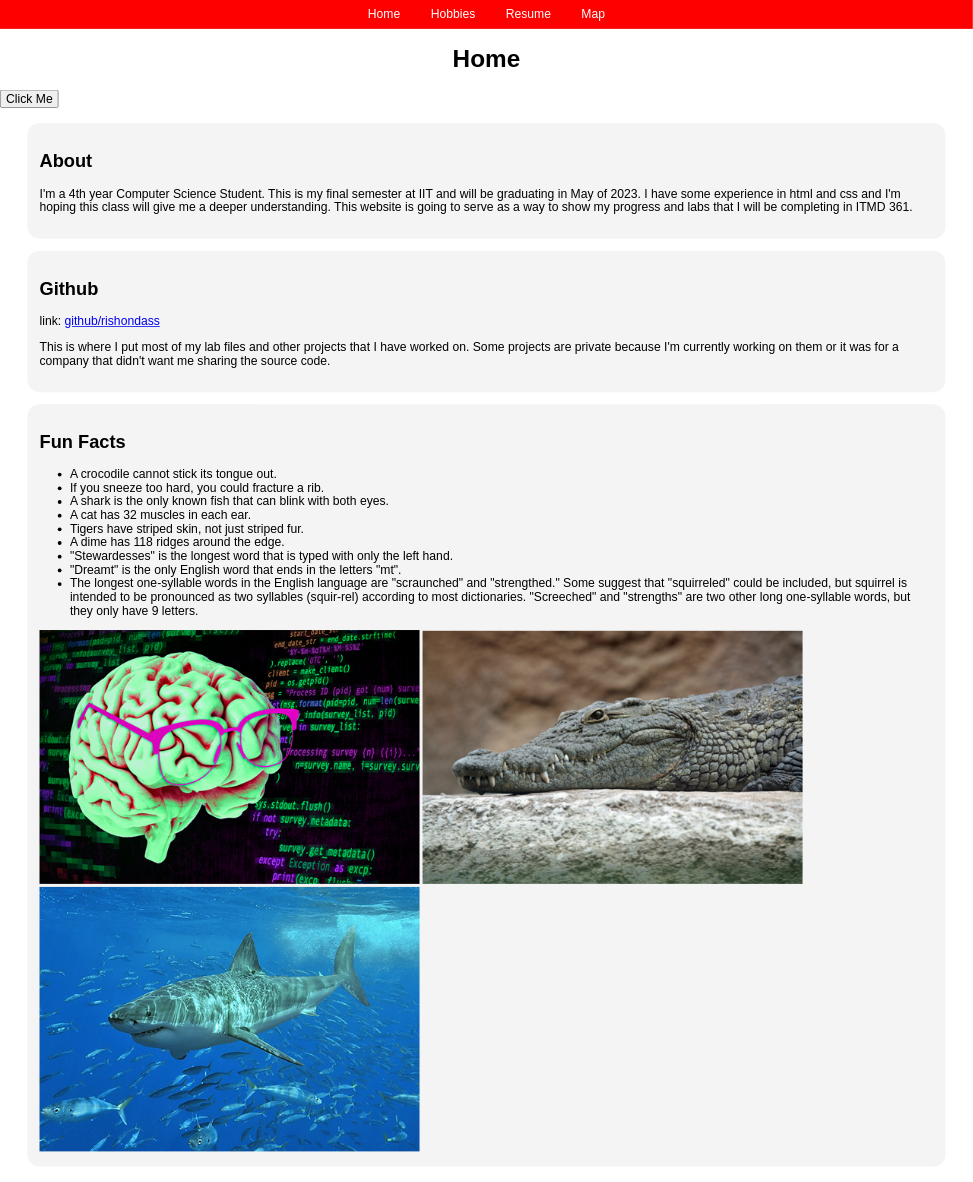
Repository: rishondass/ITMD361-Project3
Page: index.html
These files come from the project's save history. The page is drawn as it stood at one moment and after a run of saves; the edit follows.
The browser window is 1280 px wide. The pictures show the whole page, at 76% of full size.

Above is the page before, as saved 2023-04-28 18:01:06.

### index.html
<!DOCTYPE html>
<html lang="en">
<head>
  <meta charset="UTF-8">
  <meta name="viewport" content="width=device-width, initial-scale=1.0">
  <link rel="stylesheet" href="css/normalize.css">
  <link rel="stylesheet" href="css/style.css">
  <title>Home</title>
</head>
<body>
  <nav id="main-nav">
    <ul>
      <li>
        <a href="index.html">Home</a>
      </li>
      <li>
        <a href="hobbies.html">Hobbies</a>
      </li>
      <li>
        <a href="resume.html">Resume</a>
      </li>
      <li>
        <a href="map.html">Map</a>
      </li>
    </ul>
  </nav>
  <div id="hero-section">
    <h1 id="title">
      Home
    </h1>
    <button id="secretbutton">Click Me</button>
  </div>
  <div id="main-container">
    <div id="about-section">
      <h2>
        About
      </h2>
      <p>
        I'm a 4th year Computer Science Student. This is my final semester at IIT and will be graduating in May of 2023. I have some experience in html and css and I'm hoping this class will give me a deeper understanding. This website is going to serve as a way to show my progress and labs that I will be completing in ITMD 361.
      </p>
    </div>
    <div id="github-section">
      <h2>
        Github
      </h2>
      <p>
        link: <a target="_blank" href="https://www.github.com/rishondass">github/rishondass</a>
      </p>
      <p>
        This is where I put most of my lab files and other projects that I have worked on. Some projects are private because I'm currently working on them or it was for a company that didn't want me sharing the source code.
      </p>
    </div>
    <div id="funfactions-section">
      <h2>
        Fun Facts
      </h2>
      <ul>
        <li>
          A crocodile cannot stick its tongue out.
        </li>
        <li>
          If you sneeze too hard, you could fracture a rib.
        </li>
        <li>
          A shark is the only known fish that can blink with both eyes.
        </li>
        <li>
          A cat has 32 muscles in each ear.
        </li>
        <li>
          Tigers have striped skin, not just striped fur.
        </li>
        <li>
          A dime has 118 ridges around the edge.
        </li>
        <li>
          "Stewardesses" is the longest word that is typed with only the left hand.
        </li>
        <li>
          "Dreamt" is the only English word that ends in the letters "mt".
        </li>
        <li>
          The longest one-syllable words in the English language are "scraunched" and "strengthed." Some suggest that "squirreled" could be included, but squirrel is intended to be pronounced as two syllables (squir-rel) according to most dictionaries. "Screeched" and "strengths" are two other long one-syllable words, but they only have 9 letters.
        </li>
      </ul>
      <img src="images/code.jpg" alt="image_of_code">
      <img src="images/nile_crocodile_head.jpg" alt="image_of_crocodile">
      <img src="images/white_shark.jpg" alt="image_of_shark">
    </div>
  </div>
</body>
</html>

### css/style.css
#main-nav{
    background-color: red;
    overflow: hidden;
}

#main-nav ul{
    list-style-type: none;
    padding: 0;
    margin: 0;
    display: flex;
    justify-content: center;
}

#main-nav a{
   display: block;
   padding: 10px 20px;
   text-decoration: none;
   color: white;
}


#main-nav a:hover{
    background-color: rgb(255, 255, 255);
    color:black;
}

#main-container{
    margin: 20px;
}

/*
To be added
#hero-section{
    width: 100%;
    height: 100vh;
    background-color:rgb(15, 92, 207);
} */

#title{
    text-align: center;
}

#about-section{

}

#main-container div{
    margin: 1rem;
    border-radius: 1rem;
    padding: 1rem;
    background-color:rgb(245, 244, 244);
}

.container-objects{
    margin: 1rem;
    border-radius: 1rem;
    padding: 1rem;
    background-color:rgb(245, 244, 244);
}

.hobbies-images{
    width: 300px;
}

.hobbies-videos{
    width: 500px;
}



.hobby-container-item{
    float: left;
    background-color:rgb(245, 244, 244);
}


#map {
  display: flex;
  justify-items: center;
  height: 800px;
  width: 80%;
  margin: 10px auto;
}

@media screen and (max-width:390px) {
  .container-objects{
    background-color: red;
    color: white;
    text-align: center;
    padding: 12px;
    height: 500px;
  }
}

@media screen and (max-width:820px) and (min-width:390px) {
  .container-objects{
    background-color: rgb(212, 0, 255);
    color: white;
    text-align: right;
    height: 300px;
    padding: 10px;
  }
}

#secretbutton{
    margin:
}

Loaded but not shown: css/normalize.css (library)

After the next 2 saves:
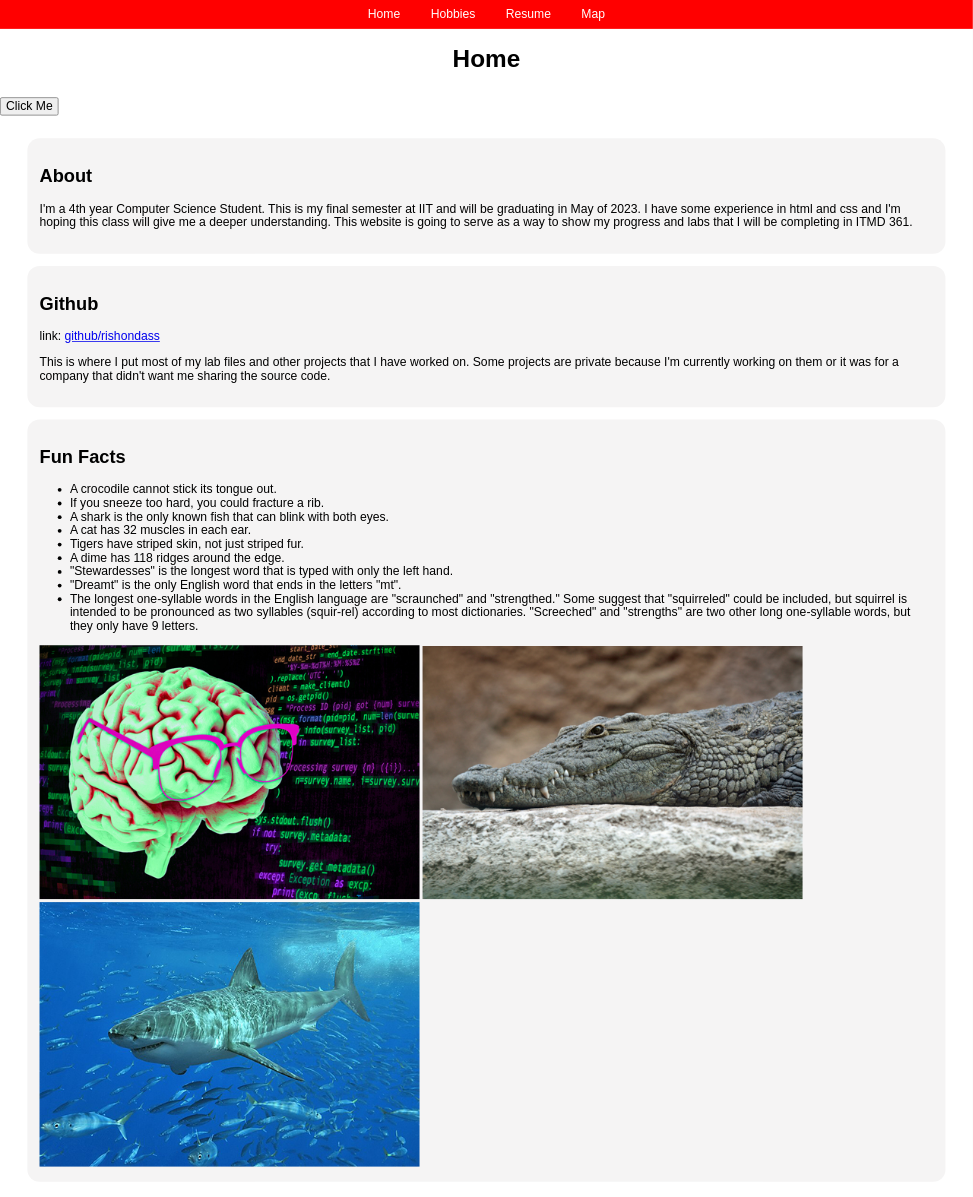
The 2 saves are shown as one change because they came seconds apart.
The last was saved 7 s later.
--- a/css/style.css
+++ b/css/style.css
@@ -103,5 +103,5 @@
 }
 
 #secretbutton{
-    margin:
+    margin: 10px auto;
 }

After the save that followed:
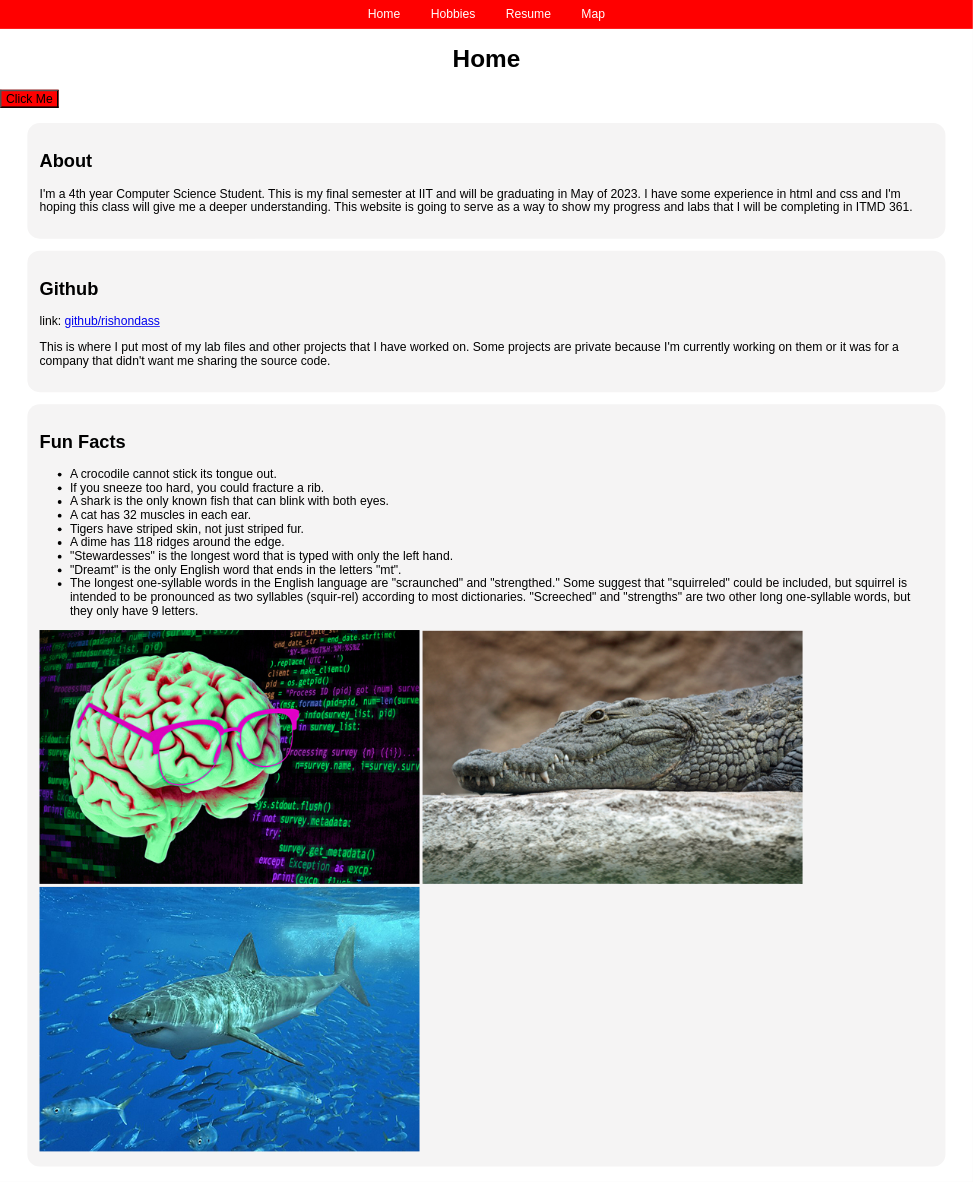
Saved 32 s later.
--- a/css/style.css
+++ b/css/style.css
@@ -103,5 +103,5 @@
 }
 
 #secretbutton{
-    margin: 10px auto;
+    background-color:red;
 }
